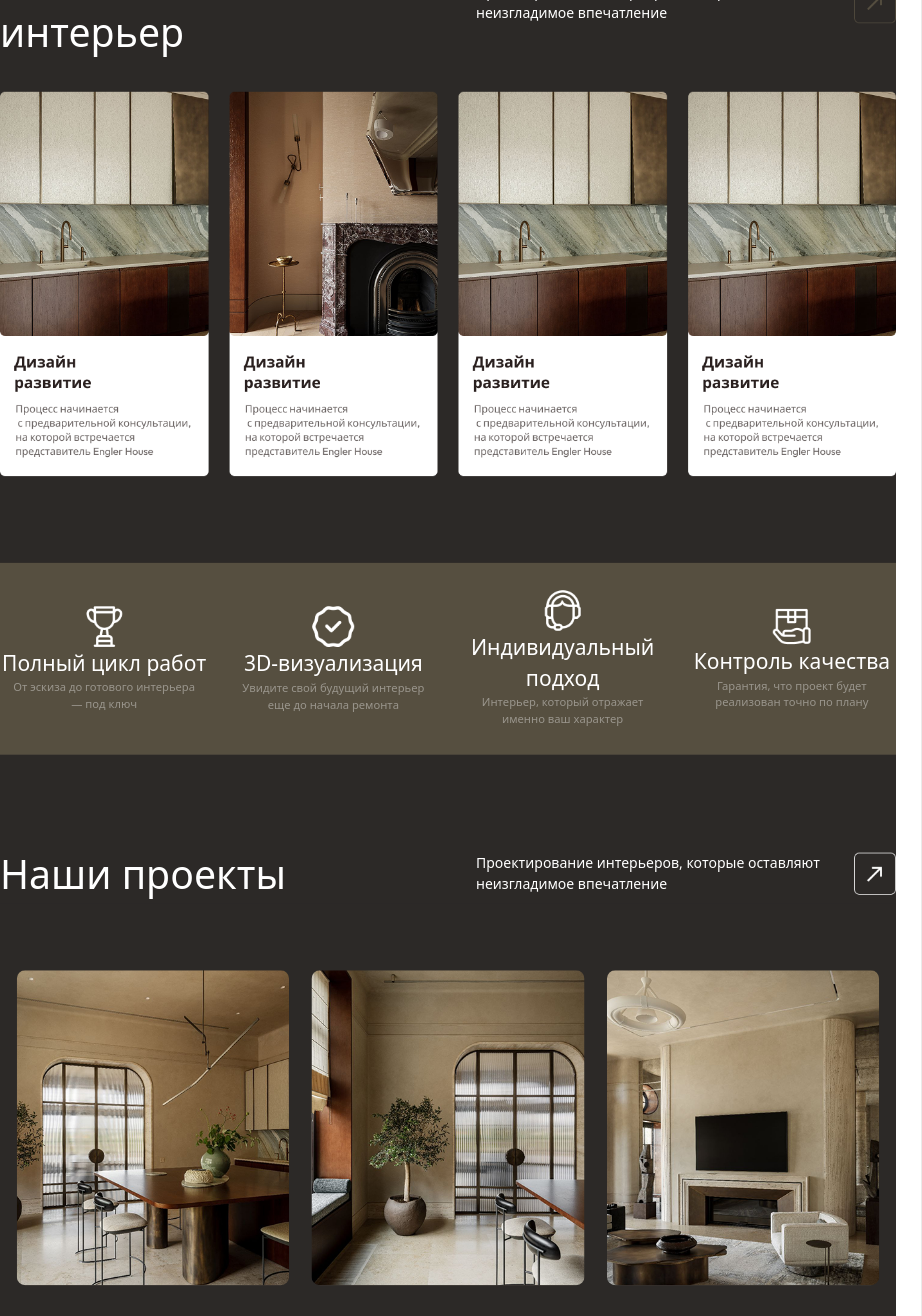
Repository: Quvonch299/figma
Page: index.html
The author's editor kept a copy of each file at every save. The page is drawn from the files as they stood at one save, then again after the next save.
The browser window is 1280 px wide. The page is 1317 px wide, so the pictures cover 1317 px, including what lies to the right of the window. The pictures show the part of the page from y = 953 to 2833 px (the page is 5206 px tall), at 70% of full size.

Above is the page before, as saved 2025-10-06 15:53:47.

After the next save:
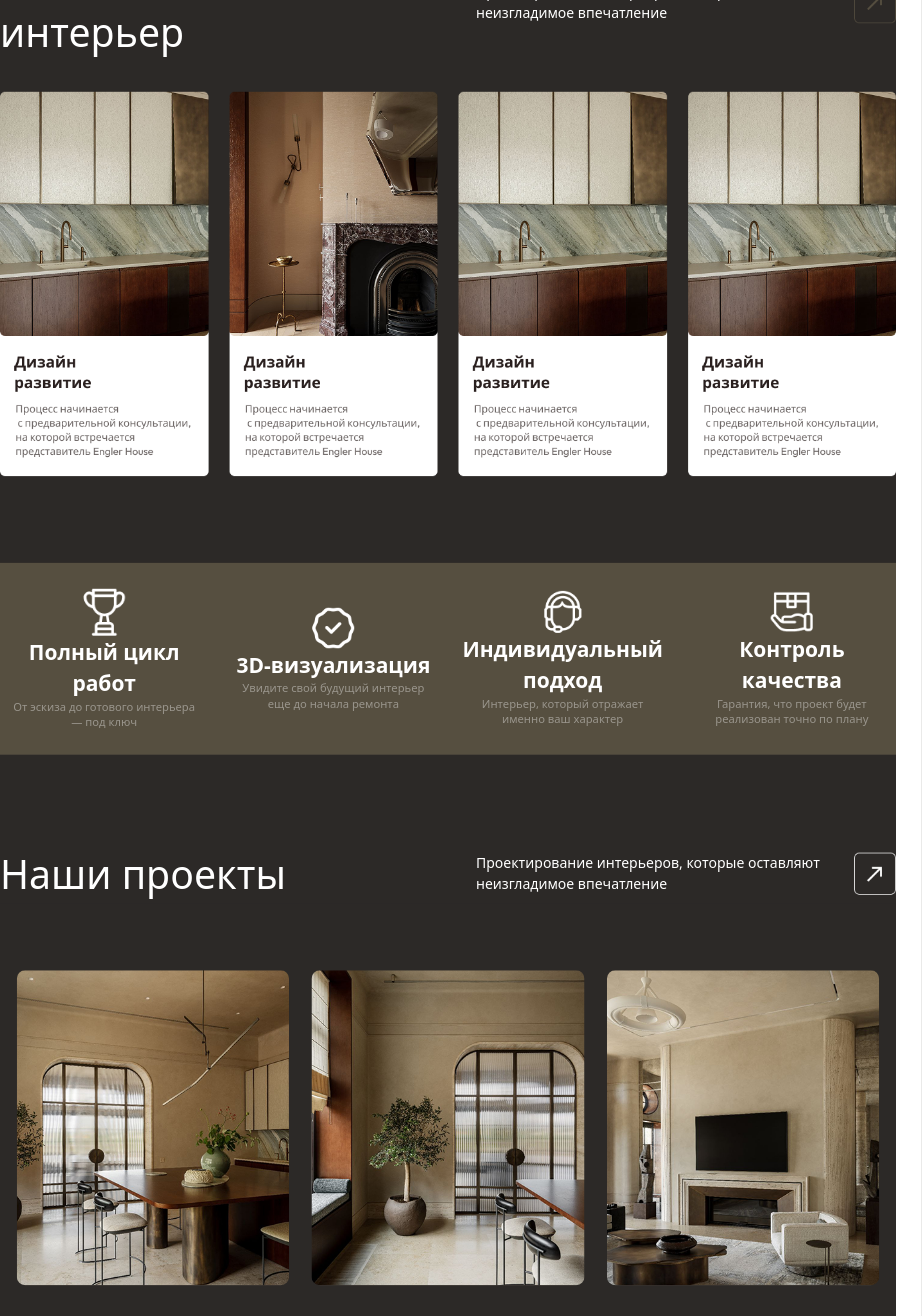
Saved 115 s later.
--- a/index.html
+++ b/index.html
@@ -121,32 +121,41 @@
                 </div>
             </div>
         </section>
-        <section class="sec_3 mt-[124px] bg-[#564F40] h-[274px] flex justify-center items-center">
-            <div class="sec_contan3 grid grid-cols-4 gap-[30px] max-sm:grid-cols-2">
-                <div class="item text-white flex flex-col justify-center items-center text-center">
-                    <img src="./imgs/section.img/kubok.png" alt="">
-                    <h2 class="text-[30px]">Полный цикл работ</h2>
-                    <p class="text-[16px] text-white/40">От эскиза до готового интерьера<br>
-                        — под ключ</p>
-                </div>
-                <div class="item text-white flex flex-col justify-center items-center text-center">
-                    <img src="./imgs/section.img/galichka.png" alt="">
-                    <h2 class="text-[30px]">3D-визуализация</h2>
-                    <p class="text-[16px] text-white/40">Увидите свой будущий интерьер <br> еще до начала ремонта</p>
-                </div>
-                <div class="item text-white flex flex-col justify-center items-center text-center">
-                    <img src="./imgs/section.img/operator.png" alt="">
-                    <h2 class="text-[30px]">Индивидуальный
-                        подход</h2>
-                    <p class="text-[16px] text-white/40">Интерьер, который отражает<br> именно ваш характер</p>
-                </div>
-                <div class="item text-white flex flex-col justify-center items-center text-center">
-                    <img src="./imgs/section.img/shipping.png" alt="">
-                    <h2 class="text-[30px]">Контроль качества</h2>
-                    <p class="text-[16px] text-white/40">Гарантия, что проект будет<br> реализован точно по плану</p>
-                </div>
-            </div>
-
+        <section
+            class="sec_3 mt-[124px] bg-[#564F40] h-[274px] flex justify-center items-center max-sm:h-auto max-sm:py-10 max-sm:px-4">
+            <div class="sec_contan3 grid grid-cols-4 gap-[30px] max-sm:grid-cols-2 max-sm:gap-[20px] max-sm:w-full">
+                <div class="item text-white flex flex-col justify-center items-center text-center max-sm:gap-2">
+                    <img src="./imgs/section.img/kubok.png" alt="" class="w-[60px] max-sm:w-[40px]">
+                    <h2 class="text-[30px] max-sm:text-[20px] font-semibold">Полный цикл работ</h2>
+                    <p class="text-[16px] text-white/40 max-sm:text-[13px] leading-snug">
+                        От эскиза до готового интерьера<br>
+                        — под ключ
+                    </p>
+                </div>
+
+                <div class="item text-white flex flex-col justify-center items-center text-center max-sm:gap-2">
+                    <img src="./imgs/section.img/galichka.png" alt="" class="w-[60px] max-sm:w-[40px]">
+                    <h2 class="text-[30px] max-sm:text-[20px] font-semibold">3D-визуализация</h2>
+                    <p class="text-[16px] text-white/40 max-sm:text-[13px] leading-snug">
+                        Увидите свой будущий интерьер <br> еще до начала ремонта
+                    </p>
+                </div>
+
+                <div class="item text-white flex flex-col justify-center items-center text-center max-sm:gap-2">
+                    <img src="./imgs/section.img/operator.png" alt="" class="w-[60px] max-sm:w-[40px]">
+                    <h2 class="text-[30px] max-sm:text-[20px] font-semibold">Индивидуальный подход</h2>
+                    <p class="text-[16px] text-white/40 max-sm:text-[13px] leading-snug">
+                        Интерьер, который отражает<br> именно ваш характер
+                    </p>
+                </div>
+
+                <div class="item text-white flex flex-col justify-center items-center text-center max-sm:gap-2">
+                    <img src="./imgs/section.img/shipping.png" alt="" class="w-[60px] max-sm:w-[40px]">
+                    <h2 class="text-[30px] max-sm:text-[20px] font-semibold">Контроль качества</h2>
+                    <p class="text-[16px] text-white/40 max-sm:text-[13px] leading-snug">
+                        Гарантия, что проект будет<br> реализован точно по плану
+                    </p>
+                </div>
             </div>
         </section>
         <section class="sec_4">
